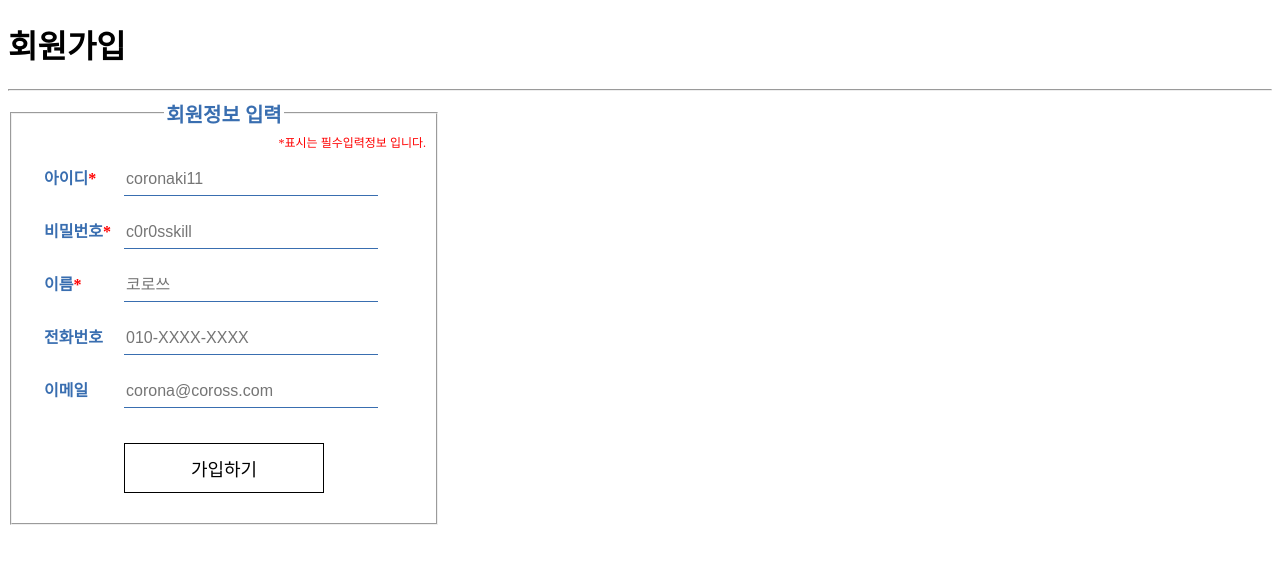
Repository: bbookk1104/spring-workspace
Page: http://localhost/practice_CRUD/joinFrm.do
An editor plug-in stored every save of this project. The page is shown before and after the next save, followed by the edit.
The browser window is 1280 px wide. The pictures show the whole page.
The page is served by Tomcat 9.

Above is the page before, as saved 2022-09-30 10:21:06.

After the next save:
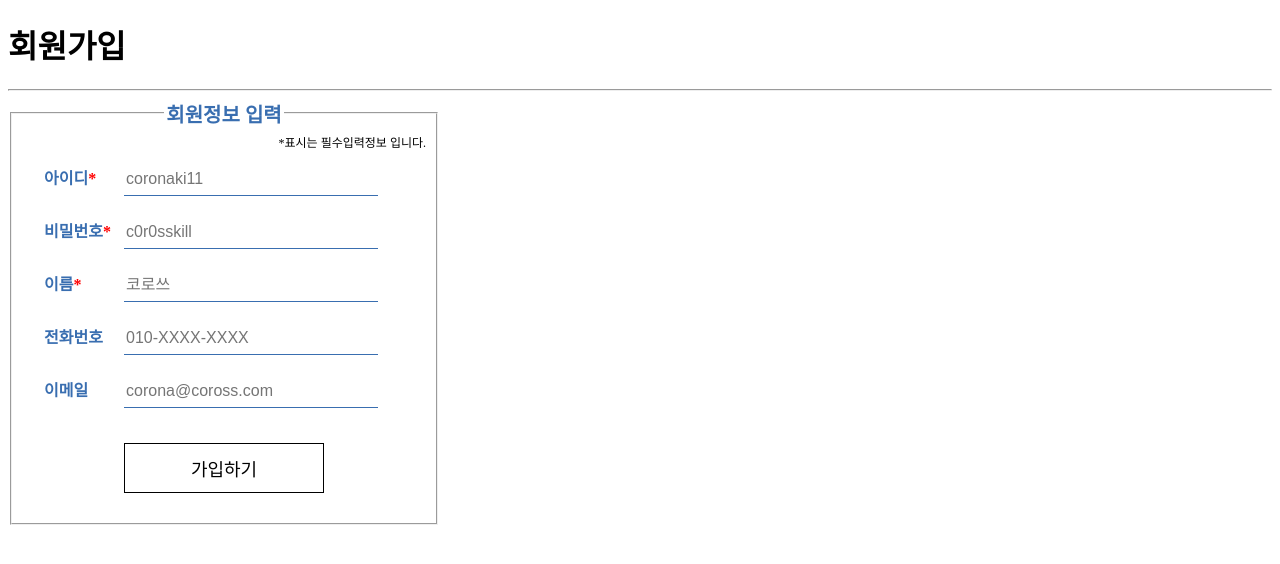
Saved 8 s later.
--- a/practice_CRUD/src/main/webapp/WEB-INF/views/member/joinFrm.jsp
+++ b/practice_CRUD/src/main/webapp/WEB-INF/views/member/joinFrm.jsp
@@ -63,7 +63,6 @@
 		position: absolute;
 		right: 10px;
 		font-size: 12px;
-		color: red;
 	}
 	label>span{
 		color: red;
